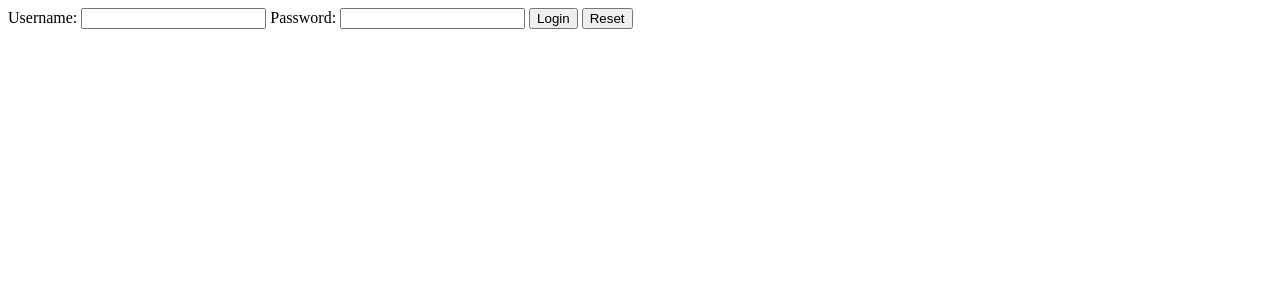
Repository: thegr8khan/webproject1
Page: http://localhost/amazon/
The author's editor kept a copy of each file at every save. The page is drawn from the files as they stood at one save, then again after the next save.
The browser window is 1280 px wide. The pictures show the whole page.
The page is served by Tomcat 9.

Above is the page before, as saved 2023-03-27 07:28:47.

After the next save:
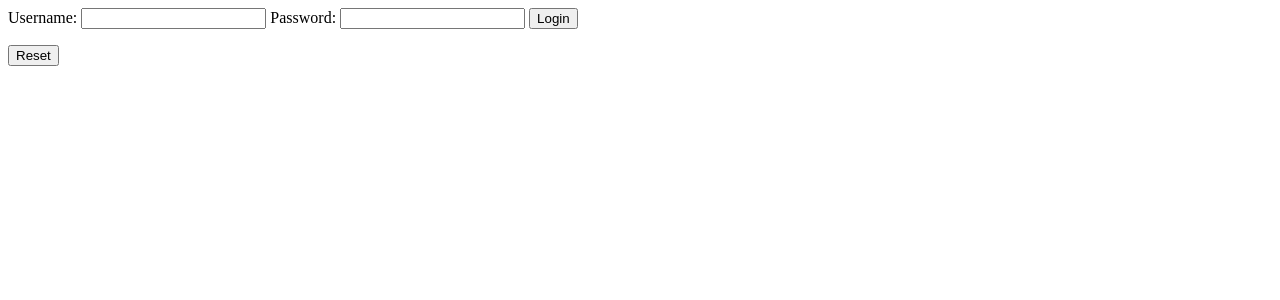
Saved 2 min 36 s later.
--- a/WebProgramming/amazon/src/main/webapp/login.jsp
+++ b/WebProgramming/amazon/src/main/webapp/login.jsp
@@ -26,12 +26,12 @@ Password: <input type= "password" name="password"/>
 
 <input type="submit" name="action" value="Login"/>
 
-<form action="/amazon" method="get">
-<input type="submit" name="action" value="Reset"/>
+<input type="hidden" name="page" value="login"/>
+
 </form>
 
-<input type="hidden" name="page" value="login"/>
-
+<form action="/amazon/" method="post">
+<input type="submit" name="action" value="Reset"/>
 </form>
 
 </body>
